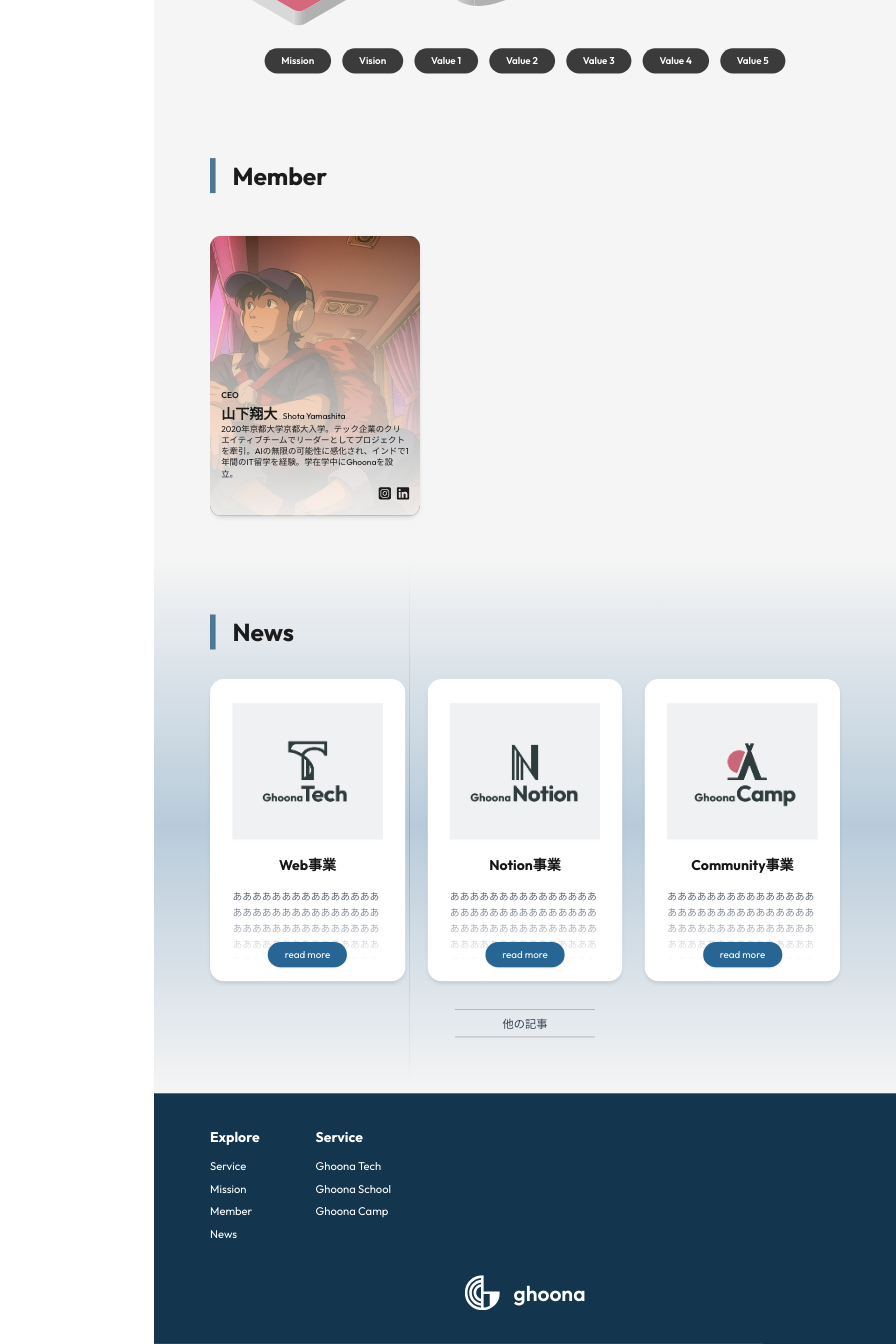
Repository: ShotaGhoona/ghoona-website
Page: /
The author's editor kept a copy of each file at every save. The page is drawn from the files as they stood at one save, then again after the next save.
The browser window is 1280 px wide. The pictures show the part of the page from y = 2057 to 3977 px (the page is 3977 px tall), at 70% of full size.
The project was rebuilt for these pictures with package versions that can differ from the ones it lists, and the page was loaded fresh each time. The framework's server and built-in components were replaced by stand-ins that run in the browser. Also part of the build but not shown: next.config.ts.

Above is the page before, as saved 2025-04-08 00:05:47.

After the next save:
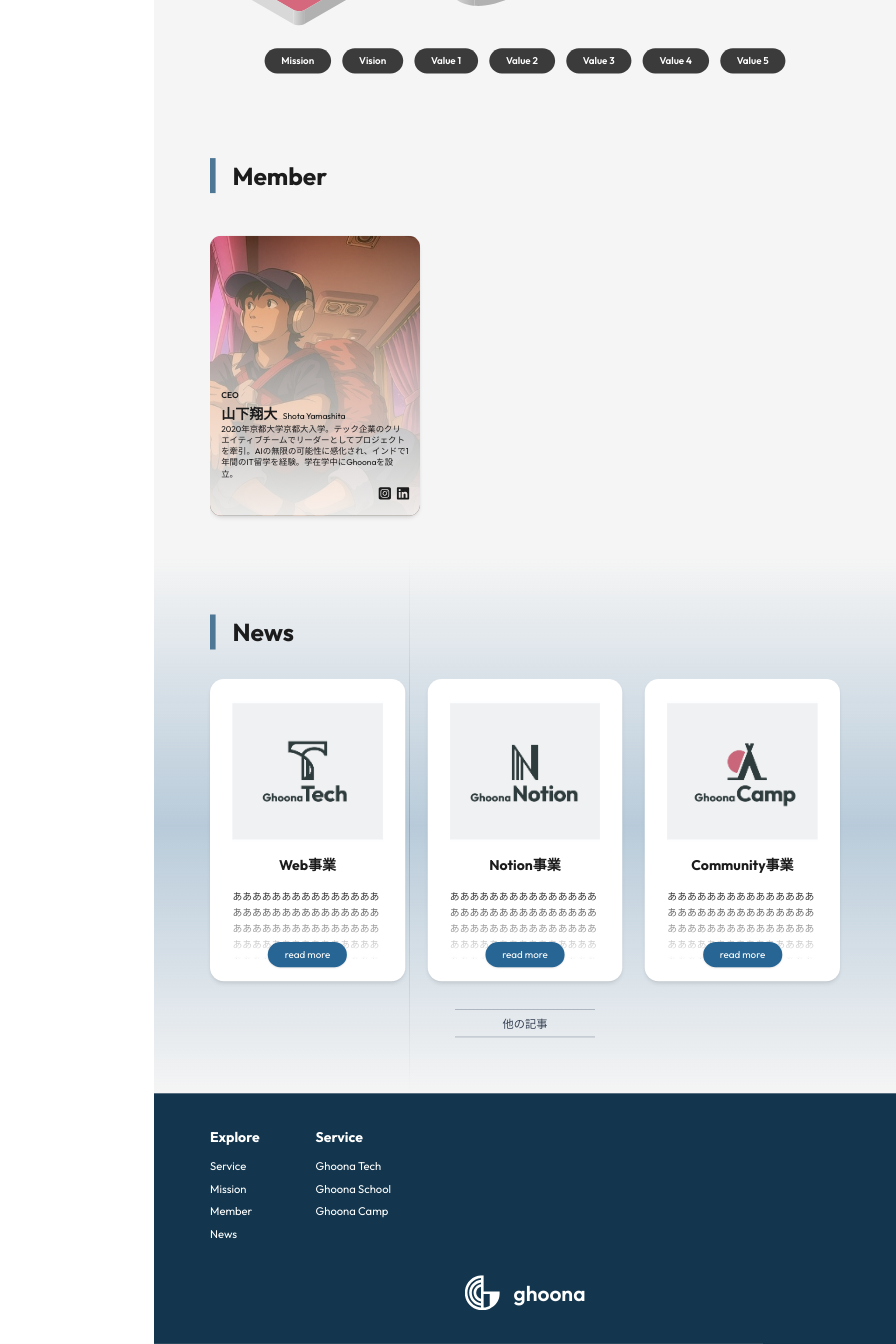
Saved 67 s later.
--- a/src/components/common/NewsCard.tsx
+++ b/src/components/common/NewsCard.tsx
@@ -17,11 +17,11 @@
       </div>
 
       {/* タイトル */}
-      <h3 className="text-lg md:text-xl font-bold my-3 md:my-5 text-center">{title}</h3>
+      <h3 className="text-lg md:text-xl text-[#1C1C1D] font-bold my-3 md:my-5 text-center">{title}</h3>
 
       {/* 説明文 + グラデーションオーバーレイ */}
       <div className="relative h-[80px] md:h-[100px] overflow-hidden">
-        <p className="text-xs xl:text-sm text-gray-600 leading-relaxed z-10 relative">
+        <p className="text-xs xl:text-sm text-[#1C1C1D] leading-relaxed z-10 relative">
           {description}
         </p>
         <div className="absolute bottom-0 left-0 w-full h-full bg-gradient-to-t from-white to-transparent z-20 pointer-events-none" />
